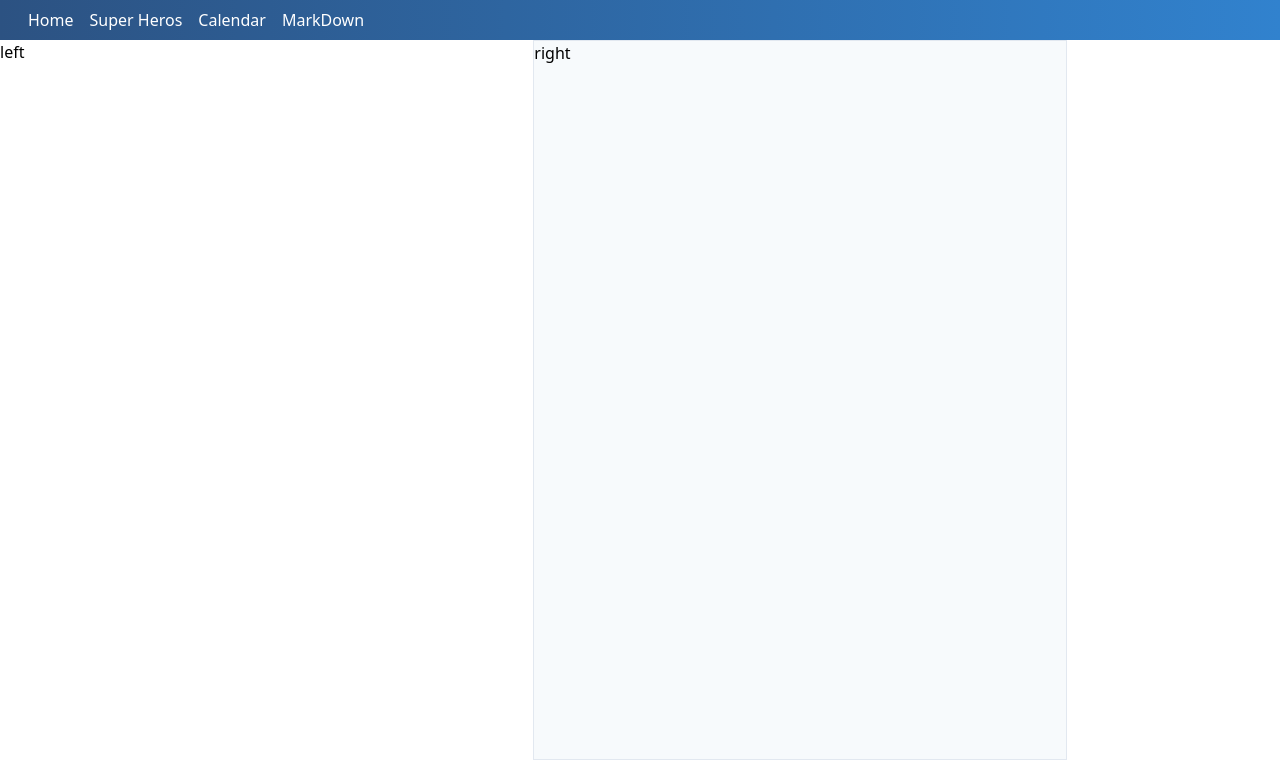
Repository: kshvkndl/VueFullCoursePractice
Page: /markdown
These files come from the project's save history. The page is drawn as it stood at one moment and after the next save; the edit follows.
The browser window is 1280 px wide. The pictures show the whole page.
The project was rebuilt for these pictures with package versions that can differ from the ones it lists, and the page was loaded fresh each time. Also part of the build but not shown: src/pages/SuperHeros.vue, src/pages/Calender.vue, src/pages/Home.vue.

Above is the page before, as saved 2020-11-19 13:48:20.

### src/main.js
import { createApp } from 'vue'
import App from './App.vue'
import './assets/style.css'
import router from './router'

const app = createApp(App);
app.use(router);
app.mount('#app');

### src/App.vue
<template>
  <AppHeader></AppHeader>
  <div class="w-full flex">
    <router-view></router-view>
  </div>
</template>

<script>
import AppHeader from "@/components/AppHeader";
export default {
  components: { AppHeader },
};
</script>

### src/router.js
import { createRouter, createWebHistory } from 'vue-router';
import SuperHeros from '@/pages/SuperHeros'
import Calender from '@/pages/Calender'
import Home from '@/pages/Home'
import MarkDown from '@/pages/MarkDown'


const routes = [
    { path: '/', component: Home },
    { path: '/super-heros', component: SuperHeros },
    { path: '/calendar', component: Calender },
    { path: '/markdown', component: MarkDown },
]

const router = createRouter({
    history: createWebHistory(),
    routes,
});
export default router;

### src/components/AppHeader.vue
<template>
  <nav
    class="w-full bg-gradient-to-r from-blue-800 to-blue-600 text-white px-5 py-2"
  >
    <router-link
      class="mx-2"
      v-for="item in list"
      :key="item.to"
      :to="item.to"
      >{{ item.title }}</router-link
    >
  </nav>
</template>


<script>
export default {
  data() {
    return {
      list: [
        { title: "Home", to: "/" },
        { title: "Super Heros", to: "/super-heros" },
        { title: "Calendar", to: "/calendar" },
        { title: "MarkDown", to: "/markdown" },
      ],
    };
  },
};
</script>

### src/pages/MarkDown.vue
<template>
  <div class="flex w-full">
    <section class="flex w-10/12 h-screen">
      <article class="w-1/2">left</article>
      <article class="w-1/2 border bg-gray-100">right</article>
    </section>
  </div>
</template>

<script>
export default {};
</script>

Loaded but not shown: public/index.html (common file); src/assets/style.css (common file); tailwind.config.js (common file)

After the next save:
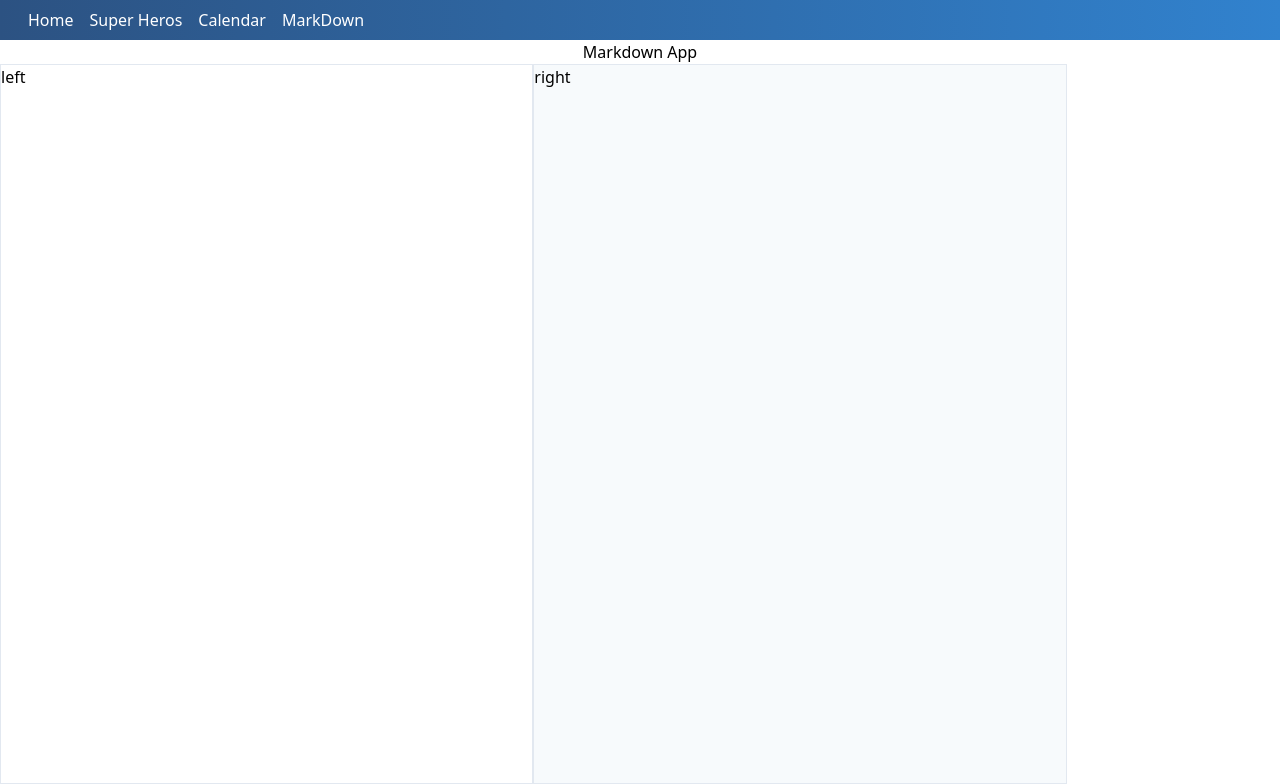
Saved 58 s later.
--- a/src/pages/MarkDown.vue
+++ b/src/pages/MarkDown.vue
@@ -1,7 +1,8 @@
 <template>
-  <div class="flex w-full">
+  <div class="flex w-full flex-wrap">
+    <h1 class="w-full text-center">Markdown App</h1>
     <section class="flex w-10/12 h-screen">
-      <article class="w-1/2">left</article>
+      <article class="w-1/2 border">left</article>
       <article class="w-1/2 border bg-gray-100">right</article>
     </section>
   </div>
